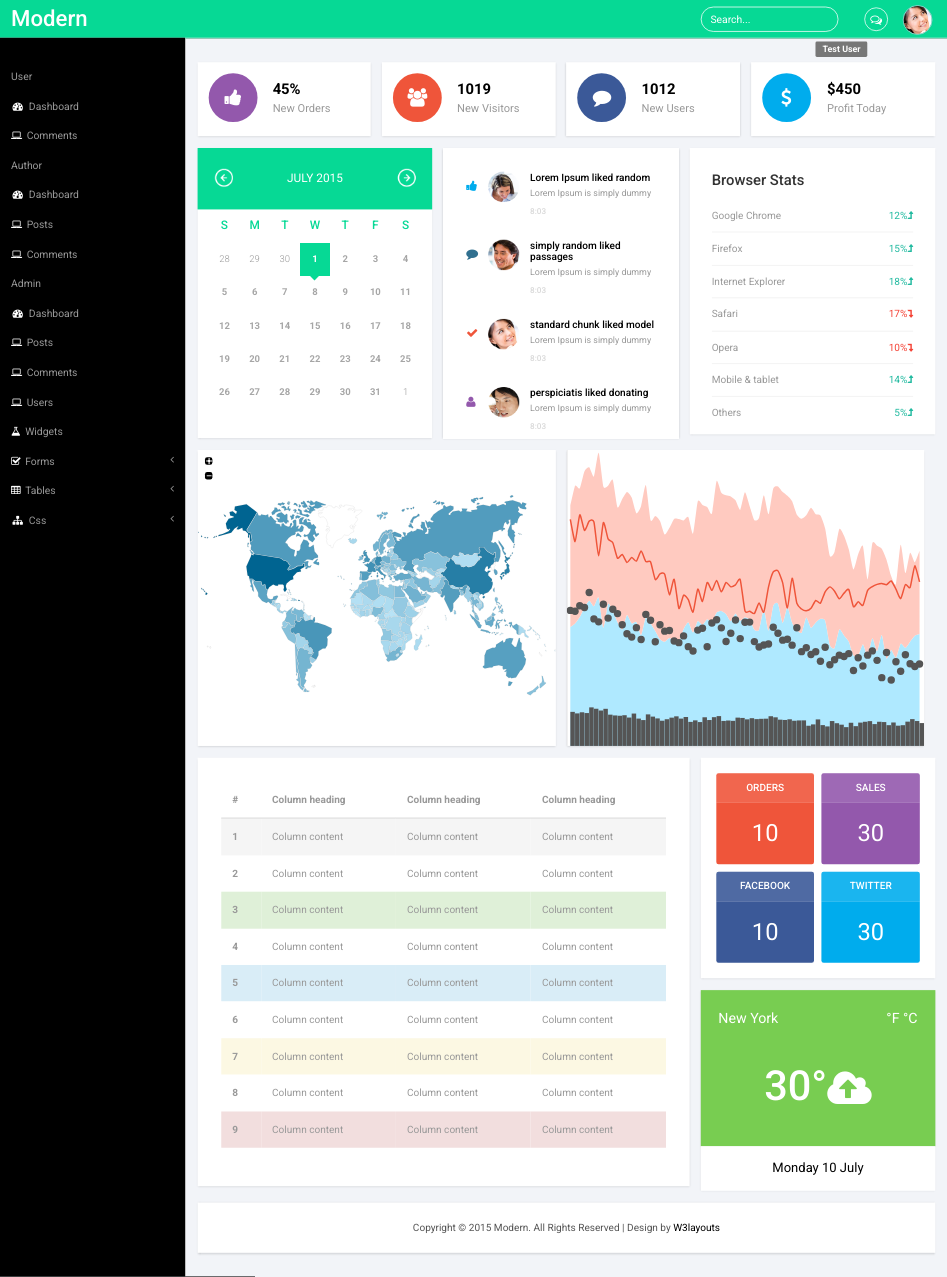
Repository: NomanMustafa/laravel-blog
Page: http://localhost/dashboard
The author's editor kept a copy of each file at every save. The page is drawn from the files as they stood at one save, then again after the next save.
The browser window is 1280 px wide. The pictures show the whole page, at 74% of full size.
The page is served by the project's Laravel application, run on PHP 8.4 with Laravel 8. A made-up administrator, Test User (test@example.com), is signed in. Other server files are loaded and not shown.

Above is the page before, as saved 2020-07-05 00:51:16.

### routes/web.php
<?php

use Illuminate\Support\Facades\Route;

/*
|--------------------------------------------------------------------------
| Web Routes
|--------------------------------------------------------------------------
|
| Here is where you can register web routes for your application. These
| routes are loaded by the RouteServiceProvider within a group which
| contains the "web" middleware group. Now create something great!
|
 */

// Route::get('/', function () {
//     return view('welcome');
// });
Route::get('/', 'PublicControler@index')->name('index');
Route::get('post/{id}', 'PublicControler@singlePost')->name('singlePost');
Route::get('/about', 'PublicControler@about')->name('about');
Route::get('/contect', 'PublicControler@contect')->name('contect');
Route::post('/contect', 'PublicControler@contectPost')->name('contectPost');

Auth::routes();
Route::get('/dashboard', 'HomeController@index')->name('dashboard');

Route::prefix('admin')->group(function(){
    Route::get('/dashboard' , 'AdminController@dashboard')->name('adminDashboard');
});

### resources/views/includes/admin/headerNavigation.blade.php
<div class="navbar-header">
     <button type="button" class="navbar-toggle" data-toggle="collapse" data-target=".navbar-collapse">
         <span class="sr-only">Toggle navigation</span>
         <span class="icon-bar"></span>
         <span class="icon-bar"></span>
         <span class="icon-bar"></span>
     </button>
     <a class="navbar-brand" href="index.html">Modern</a>
 </div>
 <!-- /.navbar-header -->
 <ul class="nav navbar-nav navbar-right">
     <li class="dropdown">
         <a href="#" class="dropdown-toggle" data-toggle="dropdown" aria-expanded="false"><i class="fa fa-comments-o"></i></a> <span class="badge">{{ Auth::user()->name }}</span>

     <li class="dropdown">
         <a href="#" class="dropdown-toggle avatar" data-toggle="dropdown"><img src="{{ asset('admin/assets/images/1.png') }}"></a>
         <ul class="dropdown-menu">


             <li class="m_2"><a href="#"><i class="fa fa-lock"></i> Logout</a></li>
         </ul>
     </li>
 </ul>
 <form class="navbar-form navbar-right">
     <input type="text" class="form-control" value="Search..." onfocus="this.value = '';" onblur="if (this.value == '') {this.value = 'Search...';}">
 </form>

### resources/views/includes/admin/sideBar.blade.php
<div class="navbar-default sidebar" role="navigation">
    <div class="sidebar-nav navbar-collapse">
        <ul class="nav" id="side-menu">
            <li>
                <a href="#">User</a>
            </li>
            <li>
                <a href="index.html"><i class="fa fa-dashboard fa-fw nav_icon"></i>Dashboard</a>
            </li>
            <li>
                <a href="#"><i class="fa fa-laptop nav_icon"></i>Comments</a>

                <!-- /.nav-second-level -->
            </li>
             <li>
                <a href="#">Author</a>
            </li>
          <li>
                <a href="index.html"><i class="fa fa-dashboard fa-fw nav_icon"></i>Dashboard</a>
            </li>
            <li>
                <a href="#"><i class="fa fa-laptop nav_icon"></i>Posts</a>

                <!-- /.nav-second-level -->
            </li>
            <li>
                <a href="#"><i class="fa fa-laptop nav_icon"></i>Comments</a>

                <!-- /.nav-second-level -->
            </li>
             <li>
                <a href="#">Admin</a>
            </li>
            <li>
                <a href="index.html"><i class="fa fa-dashboard fa-fw nav_icon"></i>Dashboard</a>
            </li>
            <li>
                <a href="#"><i class="fa fa-laptop nav_icon"></i>Posts</a>

                <!-- /.nav-second-level -->
            </li>
            <li>
                <a href="#"><i class="fa fa-laptop nav_icon"></i>Comments</a>

                <!-- /.nav-second-level -->
            </li>
<li>
                <a href="#"><i class="fa fa-laptop nav_icon"></i>Users</a>

                <!-- /.nav-second-level -->
            </li>

            <li>
                <a href="widgets.html"><i class="fa fa-flask nav_icon"></i>Widgets</a>
            </li>
            <li>
                <a href="#"><i class="fa fa-check-square-o nav_icon"></i>Forms<span class="fa arrow"></span></a>
                <ul class="nav nav-second-level">
                    <li>
                        <a href="forms.html">Basic Forms</a>
                    </li>
                    <li>
                        <a href="validation.html">Validation</a>
                    </li>
                </ul>
                <!-- /.nav-second-level -->
            </li>
            <li>
                <a href="#"><i class="fa fa-table nav_icon"></i>Tables<span class="fa arrow"></span></a>
                <ul class="nav nav-second-level">
                    <li>
                        <a href="basic_tables.html">Basic Tables</a>
                    </li>
                </ul>
                <!-- /.nav-second-level -->
            </li>
            <li>
                <a href="#"><i class="fa fa-sitemap fa-fw nav_icon"></i>Css<span class="fa arrow"></span></a>
                <ul class="nav nav-second-level">
                    <li>
                        <a href="media.html">Media</a>
                    </li>
                    <li>
                        <a href="login.html">Login</a>
                    </li>
                </ul>
                <!-- /.nav-second-level -->
            </li>
        </ul>
    </div>
    <!-- /.sidebar-collapse -->
</div>
<!-- /.navbar-static-side -->

### public/admin/assets/css/lines.css

.rickshaw_graph .detail {
	pointer-events: none;
	position: absolute;
	top: 0;
	z-index: 2;
	background: rgba(0, 0, 0, 0.1);
	bottom: 0;
	width: 1px;
	transition: opacity 0.25s linear;
	-moz-transition: opacity 0.25s linear;
	-o-transition: opacity 0.25s linear;
	-webkit-transition: opacity 0.25s linear;
}
.rickshaw_graph .detail.inactive {
	opacity: 0;
}
.rickshaw_graph .detail .item.active {
	opacity: 1;
}
.rickshaw_graph .detail .x_label {
	font-family: Arial, sans-serif;
	border-radius: 3px;
	padding: 6px;
	opacity: 0.5;
	border: 1px solid #e0e0e0;
	font-size: 12px;
	position: absolute;
	background: white;
	white-space: nowrap;
}
.rickshaw_graph .detail .x_label.left {
	left: 0;
}
.rickshaw_graph .detail .x_label.right {
	right: 0;
}
.rickshaw_graph .detail .item {
	position: absolute;
	z-index: 2;
	border-radius: 3px;

	font-size: 12px;
	font-family: Arial, sans-serif;
	opacity: 0;
	background: rgba(0, 0, 0, 0.4);
	color: white;
	border: 1px solid rgba(0, 0, 0, 0.4);
	margin-left: 1em;
	margin-right: 1em;
	margin-top: -1em;
	white-space: nowrap;
}
.rickshaw_graph .detail .item.left {
	left: 0;
}
.rickshaw_graph .detail .item.right {
	right: 0;
}
.rickshaw_graph .detail .item.active {
	opacity: 1;
	background: rgba(0, 0, 0, 0.8);
}
.rickshaw_graph .detail .item:after {
	position: absolute;
	display: block;
	width: 0;
	height: 0;

	content: "";

	border: 5px solid transparent;
}
.rickshaw_graph .detail .item.left:after {
	top: 1em;
	left: -5px;
	margin-top: -5px;
	border-right-color: rgba(0, 0, 0, 0.8);
	border-left-width: 0;
}
.rickshaw_graph .detail .item.right:after {
	top: 1em;
	right: -5px;
	margin-top: -5px;
	border-left-color: rgba(0, 0, 0, 0.8);
	border-right-width: 0;
}
.rickshaw_graph .detail .dot {
	width: 4px;
	height: 4px;
	margin-left: -3px;
	margin-top: -3.5px;
	border-radius: 5px;
	position: absolute;
	box-shadow: 0 0 2px rgba(0, 0, 0, 0.6);
	box-sizing: content-box;
	-moz-box-sizing: content-box;
	background: white;
	border-width: 2px;
	border-style: solid;
	display: none;
	background-clip: padding-box;
}
.rickshaw_graph .detail .dot.active {
	display: block;
}
/* graph */
#chart {
  width: 649px !important;
  height: 400px !important;
  background-color: #fff;
}
.rickshaw_graph {
	position: relative;
}
.rickshaw_graph svg {
  display: block;
  overflow: hidden;
}
@media (max-width:1366px){
#chart {
  width:533px !important;
}
}
@media (max-width:1280px){
#chart {
  width:483px !important;
}
canvas#doughnut, canvas#line, canvas#polarArea, #bar, #pie, #radar {
  width: 308px !important;
  height: 220px !important;
}
}
@media (max-width:1024px){
#chart {
  width:360px !important;
  height:300px !important;
}
}
@media (max-width:768px){
#chart {
  width:468px !important;
  height: 300px !important;
}
}
@media (max-width:736px){
#chart {
  width:685px !important;
  height: 300px !important;
}
}
@media (max-width:640px){
#chart {
  width:580px !important;
  height:250px !important;
}
}
@media (max-width:540px){
#chart {
  width:464px !important;
  height:250px !important;
}
}
@media (max-width:480px){
#chart {
  width:447px !important;
  height:250px !important;
}
}
@media (max-width:320px){
#chart {
  width:298px !important;
  height:250px !important;
}
.copy {
  padding: 10px;
}
.copy p{
  font-size:13px;
}
.btn-group-lg>.btn, .btn-lg {
  padding: 6px 7px;
  font-size: 16px;
}
.label {
  font-size: 56%;
}
.pagination-lg>li>a, .pagination-lg>li>span {
  padding: 8px 13px;
  font-size: 15px;
}
.nav>li>a {
  padding: 7px 8px;
}
.modal-dialog {
  width: 245px !important;
}
}

### public/admin/assets/css/custom.css
#wrapper {
    width: 100%;
}
#page-wrapper {
    /*--padding: 0 15px;--*/
    min-height: 568px;
    background-color: #fff;
}

@media(min-width:768px) {
    #page-wrapper {
        position: inherit;
        margin: 0 0 0 250px;
        /*--padding: 0 30px;--*/
        border-left: 1px solid #e7e7e7;
    }
}

.navbar-top-links {
    margin-right: 0;
}

.navbar-top-links li {
    display: inline-block;
}

.navbar-top-links li:last-child {
    margin-right: 15px;
}

.navbar-top-links li a {
    padding: 15px;
    min-height: 50px;
}

.navbar-top-links .dropdown-menu li {
    display: block;
}

.navbar-top-links .dropdown-menu li:last-child {
    margin-right: 0;
}

.navbar-top-links .dropdown-menu li a {
    padding: 3px 20px;
    min-height: 0;
}

.navbar-top-links .dropdown-menu li a div {
    white-space: normal;
}

.navbar-top-links .dropdown-messages,
.navbar-top-links .dropdown-tasks,
.navbar-top-links .dropdown-alerts {
    width: 310px;
    min-width: 0;
}
.navbar-top-links .dropdown-messages {
    margin-left: 5px;
}
.navbar-top-links .dropdown-tasks {
    margin-left: -59px;
}

.navbar-top-links .dropdown-alerts {
    margin-left: -123px;
}

.navbar-top-links .dropdown-user {
    right: 0;
    left: auto;
}

.sidebar .sidebar-nav.navbar-collapse {
    padding-right: 0;
    padding-left: 0;
}

.sidebar .sidebar-search {
    padding: 15px;
}
.sidebar .arrow {
    float: right;
}

.sidebar .fa.arrow:before {
    content: "\f104";
}

.sidebar .active>a>.fa.arrow:before {
    content: "\f107";
}

.sidebar .nav-second-level li,
.sidebar .nav-third-level li {
    border-bottom: 0!important;
}

.sidebar .nav-second-level li a {
    padding-left: 37px;
}

.sidebar .nav-third-level li a {
    padding-left: 52px;
}

@media(min-width:768px) {
    .sidebar {
        z-index: 1;
        position: absolute;
        width: 250px;
        margin-top: 51px;
    }

    .navbar-top-links .dropdown-messages,
    .navbar-top-links .dropdown-tasks,
    .navbar-top-links .dropdown-alerts {
        margin-left: auto;
    }
}

### public/admin/assets/css/clndr.css
.cal1{
   background: #fff;
   margin-bottom: 1em;
   min-height: 392px;
}
.noselect {
  -webkit-user-select: none;
  /* Chrome/Safari */
  -moz-user-select: none;
  /* Firefox */
  -ms-user-select: none;
  /* IE10+ */
}
.cal1 .clndr .clndr-controls {
    position: relative;
  	color: #FFF;
	font-size: 1em;
	font-weight:400;
	text-transform: uppercase;
	padding:30px 20px;
	text-align: center;
	background-color:rgb(6, 217, 149);
}
.cal1 .clndr .clndr-controls .month {
   text-align:center;
}
.cal1 .clndr .clndr-controls .clndr-control-button .clndr-next-button {
  position:absolute;
  right:20px;
  top:25px;
  width:30px;
  height:30px;
  text-indent: -4000px;
  background: url(../images/arrow-right.png) no-repeat 0px;
  cursor: pointer;
  -webkit-user-select: none;
  /* Chrome/Safari */
  -moz-user-select: none;
  /* Firefox */
  -ms-user-select: none;
  /* IE10+ */
}
.cal1 .clndr .clndr-controls .clndr-control-button .clndr-next-button.inactive:hover {
  cursor: default;
}
.cal1 .clndr .clndr-controls .clndr-control-button .clndr-previous-button {
   position:absolute;
   left:20px;
   top:25px;
   width:30px;
   height:30px;
  text-indent: -4000px;
  background: url(../images/arrow-left.png) no-repeat 0px;
  cursor: pointer;
  -webkit-user-select: none;
  /* Chrome/Safari */
  -moz-user-select: none;
  /* Firefox */
  -ms-user-select: none;
  /* IE10+ */
}
.cal1 .clndr .clndr-controls .clndr-control-button .clndr-previous-button.inactive:hover {
   cursor: default;
}
.cal1 .clndr .clndr-table {
  table-layout: fixed;
  width:90%;
  margin:0 auto;
}
.cal1 .clndr .clndr-table .header-days {
   font-size:1em;
   font-weight:500;
}
.cal1 .clndr .clndr-table .header-days .header-day {
  vertical-align: middle;
  text-align: center;
  color:rgb(6, 217, 149);
}
.cal1 .clndr .clndr-table tr {
    height:45px;
}
.cal1 .clndr .clndr-table tr td {
  vertical-align: top;
}
.cal1 .clndr .clndr-table tr .day {
  width: 100%;
  height: inherit;
  color: #A6A6A6;
  vertical-align: middle;
  cursor: pointer;
  -webkit-transition: all 0.3s ease-in-out;
  -moz-transition: all 0.3s ease-in-out;
  -o-transition: all 0.3s ease-in-out;
  transition: all 0.3s ease-in-out;
  font-weight: 700;
}
.cal1 .clndr .clndr-table tr .day.today {
  	 background:rgb(6, 217, 149);
	 color: #FFF;
	 position:relative;
}
.cal1 .clndr .clndr-table tr .day.today:after {
	content: '';
	position: absolute;
	left: 14px;
	bottom: -6px;
	border-left: 6px solid rgba(0, 0, 0, 0);
	border-right: 6px solid rgba(0, 0, 0, 0);
	border-top: 6px solid rgb(6, 217, 149);
}
.cal1 .clndr .clndr-table tr .day.today:hover {
  	color: #FFF;
  	background:rgb(2, 208, 142);
}
.cal1 .clndr .clndr-table tr .day:hover{
	color: #FFF;
  	background:rgb(2, 199, 135);
}
.cal1 .clndr .clndr-table tr .day.today.event {
     background:rgb(6, 217, 149);
	 color:#FFF;
}
.day.today.event:hover{
	background:#096e9a;
	color:#FFF;
}
.cal1 .clndr .clndr-table tr .day .day-contents {
  box-sizing: border-box;
  font-size:0.8em;
  text-align:center;
  cursor:pointer;
}
.cal1 .clndr .clndr-table tr .empty,
.cal1 .clndr .clndr-table tr .adjacent-month {
  width: 100%;
  height: inherit;
  color: #989898;
  font-weight: 300;
}
@media all and (max-width:1024px){
	.cal1 .clndr .clndr-table tr .day.today:after{
		left:20px;
	}
	.cal1 .clndr .clndr-controls {
  font-size: 0.85em;
  padding: 20px 10px;
}
.cal1 .clndr .clndr-controls .clndr-control-button .clndr-previous-button {
  left: 10px;
  top: 14px;
}
.cal1 .clndr .clndr-controls .clndr-control-button .clndr-next-button {
  right: 10px;
  top: 14px;
}
.cal1 .clndr .clndr-table .header-days {
  font-size: 12px;
}
.cal1 .clndr .clndr-table tr {
  height: 35px;
  font-size: 12px;
}
.cal1 {
  min-height: 280px;
}
}
@media all and (max-width:800px){
	.cal1 .clndr .clndr-table tr .day.today:after{
		left:13px;
	}
}
@media all and (max-width:640px){
	.cal1 .clndr .clndr-table tr{
		height:35px;
	}
	.cal1 .clndr .clndr-table tr .day.today:after{
		left:10px;
	}
}
@media all and (max-width:480px){
	.cal1 .clndr .clndr-table tr .day.today:after{
		left:24px;
	}
}
@media all and (max-width:320px) {
	.cal1 .clndr .clndr-table tr {
		height: 35px;
	}
	.cal1 .clndr .clndr-table tr .day.today:after{
		left:15px;
	}
}

### public/admin/assets/css/jqvmap.css
/*!
 * jQVMap Version 1.0
 *
 * http://jqvmap.com
 *
 * Copyright 2012, Peter Schmalfeldt <manifestinteractive@gmail.com>
 * Licensed under the MIT license.
 *
 * Fork Me @ https://github.com/manifestinteractive/jqvmap
 */
.jqvmap-label
{
	position: absolute;
	display: none;
	-webkit-border-radius: 3px;
	-moz-border-radius: 3px;
	border-radius: 3px;
	background: #292929;
	color: white;
	font-family: sans-serif, Verdana;
	font-size: smaller;
	padding: 3px;
}
.jqvmap-zoomin, .jqvmap-zoomout
{
  position: absolute;
  left: 10px;
  -webkit-border-radius: 3px;
  -moz-border-radius: 3px;
  border-radius: 3px;
  background: #000000;
  padding: 1px;
  color: white;
  width: 10px;
  height: 10px;
  cursor: pointer;
  line-height: 9px;
  text-align: center;
}
.jqvmap-zoomin
{
	top: 10px;
}
.jqvmap-zoomout
{
	top: 30px;
}
.jqvmap-region
{
  cursor: pointer;
}
.jqvmap-ajax_response
{
  width: 100%;
  height: 500px;
}

Loaded but not shown: app/Providers/AppServiceProvider.php (common file); app/Http/Controllers/Auth/LoginController.php (common file); app/Http/Controllers/Controller.php (common file); app/Http/Controllers/Auth/ConfirmPasswordController.php (common file); app/User.php (common file); app/Http/Controllers/HomeController.php (common file); public/admin/assets/css/bootstrap.min.css (library); public/admin/assets/css/font-awesome.css (library); public/admin/assets/js/jquery.min.js (library); public/admin/assets/js/metisMenu.min.js (common file); public/admin/assets/js/d3.v3.js (library); public/admin/assets/js/underscore-min.js (library); public/admin/assets/js/moment-2.2.1.js (library); public/admin/assets/js/jquery.vmap.js (library); public/admin/assets/js/jquery.vmap.sampledata.js (common file); public/admin/assets/js/jquery.vmap.world.js (library); public/admin/assets/js/bootstrap.min.js (library); public/admin/assets/js/rickshaw.js (3908 lines, source omitted); public/admin/assets/js/clndr.js (833 lines, source omitted); public/admin/assets/js/site.js (90 lines, source omitted); public/admin/assets/js/custom.js (36 lines, source omitted); public/admin/assets/css/style.css (2713 lines, source omitted); resources/views/dashboard.blade.php (156 lines, source omitted); resources/views/layouts/admin.blade.php (257 lines, source omitted)

After the next save:
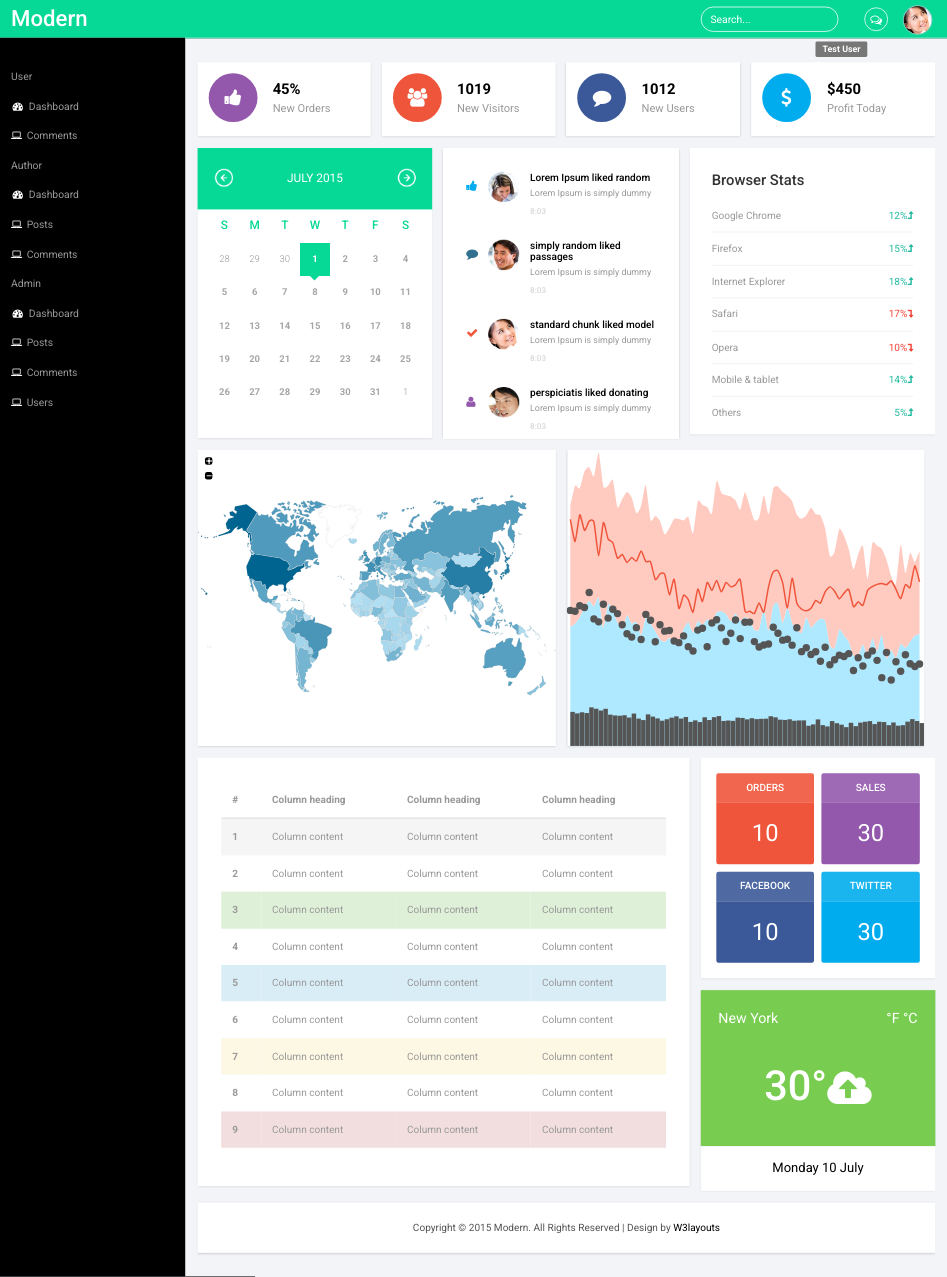
Saved 28 s later.
--- a/resources/views/includes/admin/sideBar.blade.php
+++ b/resources/views/includes/admin/sideBar.blade.php
@@ -12,10 +12,10 @@
 
                 <!-- /.nav-second-level -->
             </li>
-             <li>
+            <li>
                 <a href="#">Author</a>
             </li>
-          <li>
+            <li>
                 <a href="index.html"><i class="fa fa-dashboard fa-fw nav_icon"></i>Dashboard</a>
             </li>
             <li>
@@ -28,7 +28,7 @@
 
                 <!-- /.nav-second-level -->
             </li>
-             <li>
+            <li>
                 <a href="#">Admin</a>
             </li>
             <li>
@@ -44,48 +44,14 @@
 
                 <!-- /.nav-second-level -->
             </li>
-<li>
+            <li>
                 <a href="#"><i class="fa fa-laptop nav_icon"></i>Users</a>
 
                 <!-- /.nav-second-level -->
             </li>
 
-            <li>
-                <a href="widgets.html"><i class="fa fa-flask nav_icon"></i>Widgets</a>
-            </li>
-            <li>
-                <a href="#"><i class="fa fa-check-square-o nav_icon"></i>Forms<span class="fa arrow"></span></a>
-                <ul class="nav nav-second-level">
-                    <li>
-                        <a href="forms.html">Basic Forms</a>
-                    </li>
-                    <li>
-                        <a href="validation.html">Validation</a>
-                    </li>
-                </ul>
-                <!-- /.nav-second-level -->
-            </li>
-            <li>
-                <a href="#"><i class="fa fa-table nav_icon"></i>Tables<span class="fa arrow"></span></a>
-                <ul class="nav nav-second-level">
-                    <li>
-                        <a href="basic_tables.html">Basic Tables</a>
-                    </li>
-                </ul>
-                <!-- /.nav-second-level -->
-            </li>
-            <li>
-                <a href="#"><i class="fa fa-sitemap fa-fw nav_icon"></i>Css<span class="fa arrow"></span></a>
-                <ul class="nav nav-second-level">
-                    <li>
-                        <a href="media.html">Media</a>
-                    </li>
-                    <li>
-                        <a href="login.html">Login</a>
-                    </li>
-                </ul>
-                <!-- /.nav-second-level -->
-            </li>
+
+
         </ul>
     </div>
     <!-- /.sidebar-collapse -->
